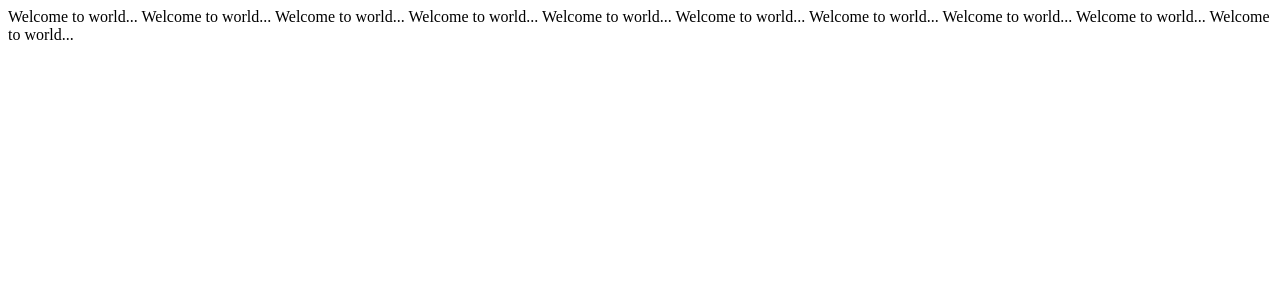
Repository: Guptaji153/Test002
Page: http://localhost/jstlExample/ForLoop.jsp
The author's editor kept a copy of each file at every save. The page is drawn from the files as they stood at one save, then again after the next save.
The browser window is 1280 px wide. The pictures show the whole page.
The page is served by Tomcat 9. Other server files are loaded and not shown.

Above is the page before, as saved 2025-05-08 05:23:52.

### Day19/jstlExample/src/main/webapp/ForLoop.jsp
<%@ page language="java" contentType="text/html; charset=ISO-8859-1"
    pageEncoding="ISO-8859-1"%>
    <%@ taglib uri="http://java.sun.com/jsp/jstl/core" prefix="c" %>
<!DOCTYPE html>
<html>
<head>
<meta charset="ISO-8859-1">
<title>Insert title here</title>
</head>
<body>

<c:forEach var = "i" begin="1" end="10" step="1">
<c:out value="Welcome to world..."></c:out>
</c:forEach>

</body>
</html>

After the next save:
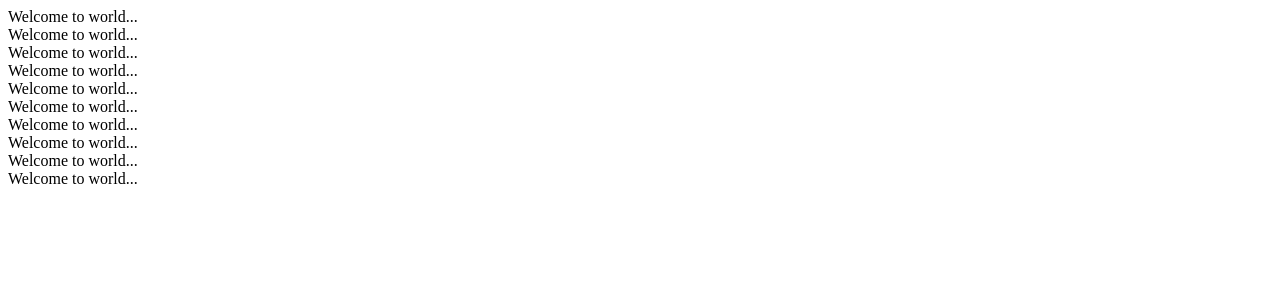
Saved 20 s later.
--- a/Day19/jstlExample/src/main/webapp/ForLoop.jsp
+++ b/Day19/jstlExample/src/main/webapp/ForLoop.jsp
@@ -10,7 +10,7 @@
 <body>
 
 <c:forEach var = "i" begin="1" end="10" step="1">
-<c:out value="Welcome to world..."></c:out>
+<c:out value="Welcome to world..."></c:out> <br>
 </c:forEach>
 
 </body>
